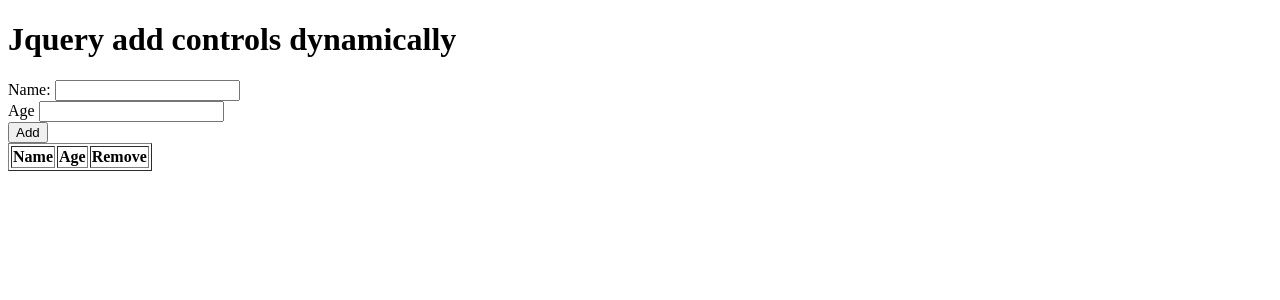
Repository: Padminivittal/Padmini-MWB
Page: MWB Day1/WebContent/lab4.html
An editor plug-in stored every save of this project. The page is shown before and after the next save, followed by the edit.
The browser window is 1280 px wide. The pictures show the whole page.

Above is the page before, as saved 2012-07-20 10:24:26.

After the next save:
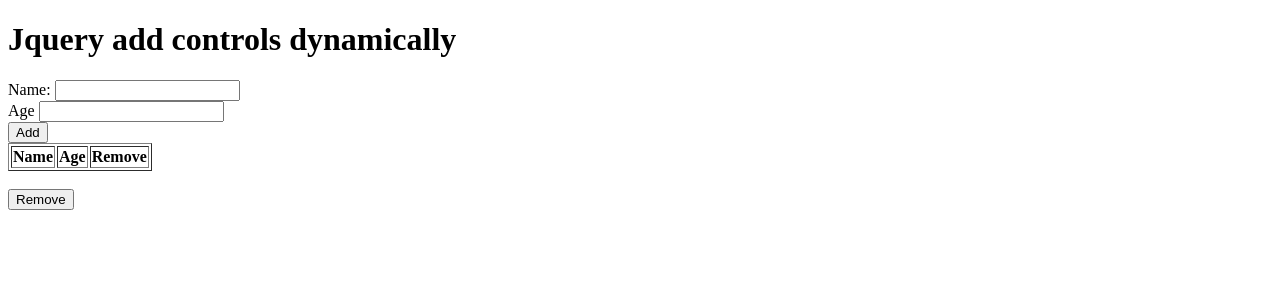
Saved 117 s later.
--- a/MWB Day1/WebContent/lab4.html
+++ b/MWB Day1/WebContent/lab4.html
@@ -55,7 +55,7 @@ Remove
 </tr>
 </table>
 <br>
-
+<input type="button" value="Remove" id="btnremove"/>
 </div>
 <div id="remove">
 
